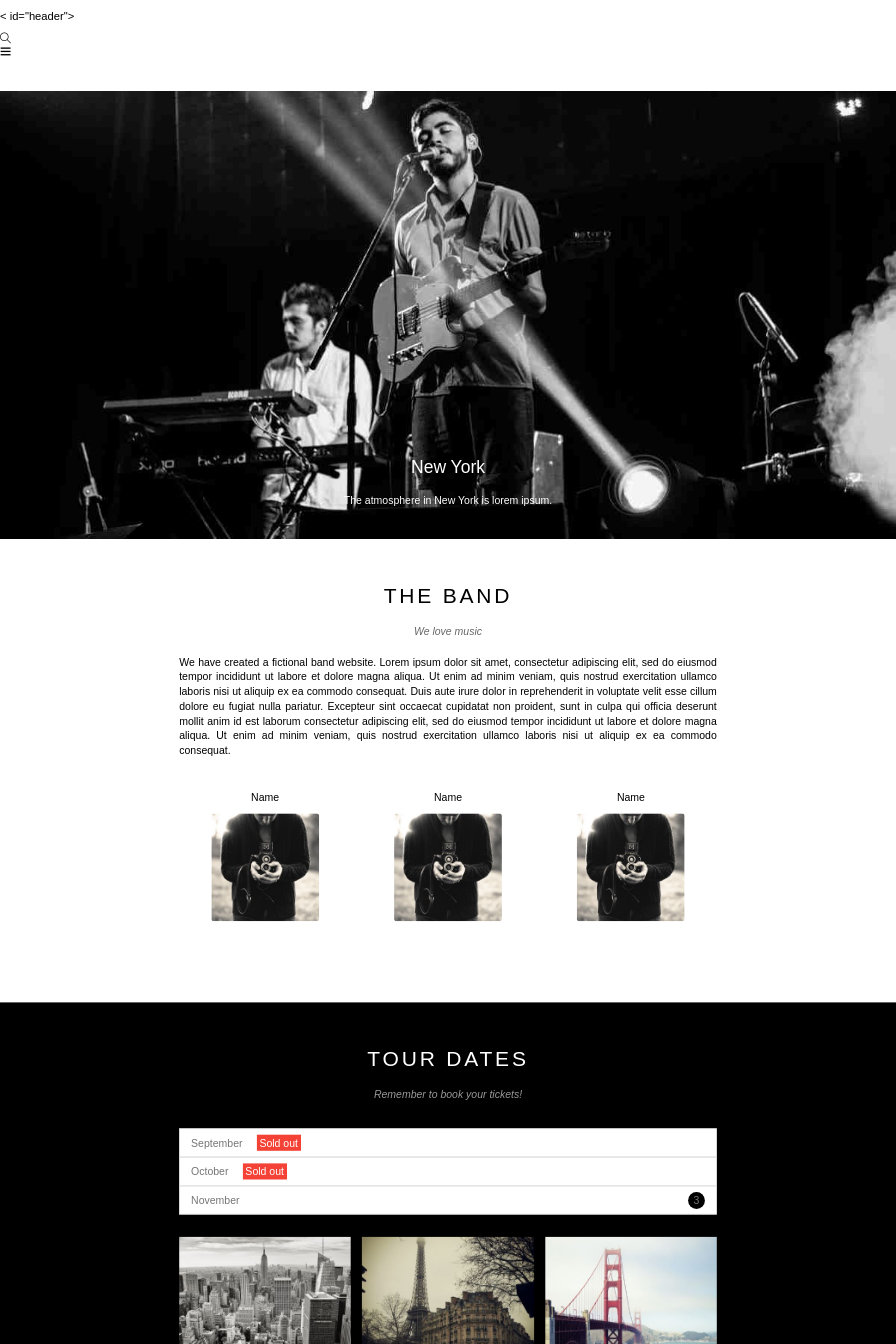
Repository: BrandonTuan777/The_Band
Page: index.html
The author's editor kept a copy of each file at every save. The page is drawn from the files as they stood at one save, then again after the next save.
The browser window is 1280 px wide. The pictures show the part of the page from y = 0 to 1920 px (the page is 3608 px tall before and 3524 px after), at 70% of full size.

Above is the page before, as saved 2022-04-11 20:45:23.

### index.html
<!DOCTYPE html>
<html lang="en">
  <head>
    <meta charset="UTF-8" />
    <meta http-equiv="X-UA-Compatible" content="IE=edge" />
    <meta name="viewport" content="width=device-width, initial-scale=1.0" />
    <title>The Band</title>
    <link rel="shortcut icon" type="image/jpg" href="./assets/img/favicon/01d1b4547ce03c3ec499c827caac4a72.jpg"/>
    <link rel="stylesheet" href="./assets/css/styles.css" />
    <link rel="stylesheet" href="./assets/css/responsive.css" />

    <link
      rel="stylesheet"
      href="./assets//fonts/themify-icons/themify-icons.css"
    />

  </head>
  <body>
    <div id="main">
      < id="header">
        <!-- Begin:Nav -->
        <ul id="nav">
          <li><a href="#">Home</a></li>
          <li><a href="#band">Band</a></li>
          <li><a href="#tour">Tour</a></li>
          <li><a href="#contact">Contact</a></li>
          <li>
            <a href="">
              More
              <i class="nav-arrow-down ti-angle-down"></i>
            </a>
            <ul class="subnav">
              <li><a href="#">Merchandise</a></li>
              <li><a href="#">Extras</a></li>
              <li><a href="#">Media</a></li>
            </ul>
          </li>
        </ul>
        <!-- End:Nav -->

        <!-- Begin:Search button -->
        <div class="search-btn">
          <i class="search-icon ti-search"></i>
        </div>

      <div class="mobile-menu-btn">
        <i class=" ti-menu"></i>
      </div>
        <!-- End:Search button -->
      </div>

      <div id="slider">
        <div class="text-content">
          <h2 class="text-heading">New York</h2>
          <div class="text-description">
            The atmosphere in New York is lorem ipsum.
          </div>
        </div>
      </div>

      <div id="content">
        <!--About section  -->
        <div id="band" class="content-section">
          <h2 class="section-heading">THE BAND</h2>
          <p class="section-sub-heading">We love music</p>
          <p class="about-text">
            We have created a fictional band website. Lorem ipsum dolor sit
            amet, consectetur adipiscing elit, sed do eiusmod tempor incididunt
            ut labore et dolore magna aliqua. Ut enim ad minim veniam, quis
            nostrud exercitation ullamco laboris nisi ut aliquip ex ea commodo
            consequat. Duis aute irure dolor in reprehenderit in voluptate velit
            esse cillum dolore eu fugiat nulla pariatur. Excepteur sint occaecat
            cupidatat non proident, sunt in culpa qui officia deserunt mollit
            anim id est laborum consectetur adipiscing elit, sed do eiusmod
            tempor incididunt ut labore et dolore magna aliqua. Ut enim ad minim
            veniam, quis nostrud exercitation ullamco laboris nisi ut aliquip ex
            ea commodo consequat.
          </p>
          <div class="row member-list">
            <div class="text-center col col-third">
              <p class="member-name">Name</p>
              <img
                class="member-img"
                src="./assets/img/team/member1.jpg"
                alt=""
              />
            </div>
            <div class="text-center col col-third">
              <p class="member-name">Name</p>
              <img
                class="member-img"
                src="./assets/img/team/member1.jpg"
                alt=""
              />
            </div>
            <div class="text-center col col-third">
              <p class="member-name">Name</p>
              <img
                class="member-img"
                src="./assets/img/team/member1.jpg"
                alt=""
              />
            </div>
          </div>
        </div>
        <!-- Tour section -->
        <div id="tour" class="tour-section">
          <div class="content-section">
            <h2 class="section-heading text-white">TOUR DATES</h2>
            <p class="section-sub-heading text-white">
              Remember to book your tickets!
            </p>
            <!-- Tickets -->
            <ul class="ticket-list">
              <li>September <span class="sold-out">Sold out</span></li>
              <li>October <span class="sold-out">Sold out</span></li>
              <li>November <span class="quantity">3</span></li>
            </ul>

            <!-- Places -->
            <div class="row places-list">
              <div class="col col-third">
                <img
                  src="./assets/img/places/places1.jpg"
                  alt=""
                  class="place-img"
                />
                <div class="place-body">
                  <h3 class="place-heading">New York</h3>
                  <p class="place-time">Fri 27 Nov 2016</p>
                  <p class="place-description">
                    Praesent tincidunt sed tellus ut rutrum sed vitae justo.
                  </p>
                  <a href="#" class="btn">Buy Tickets</a>
                </div>
              </div>
              <div class="col col-third">
                <img
                  src="./assets/img/places/places2.jpg"
                  alt=""
                  class="place-img"
                />
                <div class="place-body">
                  <h3 class="place-heading">Paris</h3>
                  <p class="place-time">Sat 28 Nov 20166</p>
                  <p class="place-description">
                    Praesent tincidunt sed tellus ut rutrum sed vitae justo.
                  </p>
                  <a href="#" class="btn">Buy Tickets</a>
                </div>
              </div>
              <div class="col col-third">
                <img
                  src="./assets/img/places/places3.jpg"
                  alt=""
                  class="place-img"
                />
                <div class="place-body">
                  <h3 class="place-heading">San Francisco</h3>
                  <p class="place-time">Sun 29 Nov 2016</p>
                  <p class="place-description">
                    Praesent tincidunt sed tellus ut rutrum sed vitae justo.
                  </p>
                  <a href="#" class="btn">Buy Tickets</a>
                </div>
              </div>
            </div>
          </div>
        </div>
        <!--Begin: Contact section -->
        <div id="contact" class="content-section">
          <h2 class="section-heading">CONTACT</h2>
          <p class="section-sub-heading">Fan? Drop a note!</p>
          <div class="row contact-content">
            <div class="col col-half contact-info">
              <p><i class="ti-location-pin"></i>Chicago, US</p>
              <p><i class="ti-mobile"></i>Phone: +00 151515</p>
              <p><i class="ti-email"></i>Email: mail@mail.com</p>
            </div>
            <div class="col col-half contact-form">
              <form action="">
                <div class="row">
                  <div class="col col-half">
                    <input
                      type="text"
                      name=""
                      id=""
                      required
                      placeholder="Name"
                      class="form-control"
                    />
                  </div>
                  <div class="col col-half">
                    <input
                      type="email"
                      name=""
                      id=""
                      required
                      placeholder="Email"
                      class="form-control"
                    />
                  </div>
                </div>
                <div class="row mt-8">
                  <div class="col col-full">
                    <input
                      type="text"
                      name=""
                      id=""
                      required
                      placeholder="Message"
                      class="form-control"
                    />
                  </div>
                </div>
                <input
                  class="pull-rigth btn mt-16"
                  type="submit"
                  value="SEND"
                />
              </form>
            </div>
          </div>
        </div>
        <!--End: Contact section -->
        <div class="map-section">
          <img src="./assets/img/map/map.jpg" alt="" />
        </div>
      </div>
      <!-- Footer -->
      <div id="footer">
        <div class="social">
          <a href=""><i class="ti-facebook"></i></a>
          <a href=""><i class="ti-instagram"></i></a>
          <a href=""><i class="ti-youtube"></i></a>
          <a href=""><i class="ti-pinterest"></i></a>
          <a href=""><i class="ti-twitter-alt"></i></a>
          <a href=""><i class="ti-linkedin"></i></a>
        </div>
        <p class="copy-right">Powered by <a href="https://www.w3schools.com/w3css/default.asp" target="_blank">w3.css</a></p>
      </div>
    </div>
  </body>
</html>

### assets/css/styles.css
/* Reset CSS */
* {
  padding: 0;
  margin: 0;
  box-sizing: border-box;
}

html {
  font-family: Arial, Helvetica, sans-serif;
  scroll-behavior: smooth;
}

/* Common */
.clear {
  clear: both;
}

.text-white {
  color: #fff !important;
}

.row {
  margin-left: -8px;
  margin-right: -8px;
}

.row::after {
  content: "";
  display: block;
  clear: both;
}

.col-half {
  width: 50%;
}

.col-full {
  width: 100%;
}

.col {
  float: left;
  padding-left: 8px;
  padding-right: 8px;
}

.col-third {
  width: 33.333%;
}

.text-center {
  text-align: center !important;
}

.mt-8 {
  margin-top: 8px !important;
}

.mt-16 {
  margin-top: 16px !important;
}

.btn {
  color: #fff;
  background-color: #000;
  text-decoration: none;
  padding: 11px 16px;
  display: inline-block;
  margin-top: 15px;
}

.btn:hover {
  color: #000;
  background-color: #757575;
  border: none;
}

.pull-rigth {
  float: right !important;
}

/* Main */
#main {
}

#header {
  position: fixed;
  top: 0;
  left: 0;
  right: 0;
  height: 46px;
  background-color: #000;
  z-index: 1;
  overflow: hidden;
}

#nav {
  display: inline-block;
}

#nav,
.subnav {
  list-style: none;
}

#nav > li {
  display: inline-block;
}

#nav li {
  position: relative;
}

#nav > li > a {
  color: white;
  text-transform: uppercase;
}

#nav li a {
  text-decoration: none;
  line-height: 46px;
  padding: 0 24px;
  display: block;
}

#nav li:hover .subnav {
  display: block;
}

#nav .subnav li:hover a,
#nav > li:hover > a {
  color: #000;
  background-color: #ccc;
}

#nav .subnav {
  display: none;
  min-width: 160px;
  top: 100%;
  left: 0;
  position: absolute;
  background-color: #fff;
  box-shadow: 0 0 10px rgba(0, 0, 0, 0.3);
}

#nav .subnav a {
  color: #000;
  padding: 0 12px;
  line-height: 38px;
}

#nav .nav-arrow-down {
  font-size: 11px;
}
#header .mobile-menu-btn,
#header .search-btn {
  float: right;
  padding: 0 21px;
}
#header .mobile-menu-btn:hover,
#header .search-btn:hover {
  background-color: red;
  cursor: pointer;
}

#header .search-icon {
  color: #ccc;
  font-size: 20px;
  line-height: 46px;
}

#slider {
  position: relative;
  margin-top: 46px;
  padding-top: 50%;
  background: url("/assets/img/slider/slider1.jpg") top center / cover no-repeat;
}

#slider .text-content {
  position: absolute;
  bottom: 47px;
  color: #fff;
  text-align: center;
  /* transform: translateX(-50%);
  left: 50%; */
  width: 100%;
}

#slider .text-heading {
  font-weight: 500;
  font-size: 25px;
}

#slider .text-description {
  font-size: 15px;
  margin-top: 25px;
}

#content {
}

#content .content-section {
  width: 800px;
  max-width: 100%;
  padding: 64px 0 112px;
  margin-left: auto;
  margin-right: auto;
  padding-left: 16px;
  padding-right: 16px;
}

#content .section-heading {
  font-size: 30px;
  text-align: center;
  font-weight: 500;
  letter-spacing: 4px;
}
#content .section-sub-heading {
  font-size: 15px;
  text-align: center;
  margin-top: 25px;
  font-style: italic;
  opacity: 0.6;
}

#content .about-text {
  margin-top: 25px;
  font-size: 15px;
  text-align: justify;
  line-height: 1.4;
}

#content .member-list {
  margin-top: 48px;
}

#content .member-item {
  text-align: center;
}

#content .member-name {
  font-size: 15px;
}

#content .member-img {
  width: 154px;
  margin-top: 15px;
  border-radius: 4px;
}

/* Tour section */
.tour-section {
  background-color: #000;
}

.ticket-list {
  margin-top: 40px;
  background-color: #fff;
}

.ticket-list li {
  font-size: 15px;
  padding: 11px 16px;
  border: 1px solid #ddd;
  color: #757575;
  list-style: none;
}

.ticket-list .sold-out {
  background-color: #f44336 !important;
  color: #fff;
  padding: 3px 4px;
  margin-left: 16px;
}

.ticket-list .quantity {
  float: right;
  width: 24px;
  height: 24px;
  background-color: #000;
  border-radius: 50%;
  text-align: center;
  line-height: 24px;
  margin-top: -3px;
}

/* Places */

.places-list {
  margin-top: 32px;
}
.place-img {
  width: 100%;
  display: block;
}
.place-img:hover {
  opacity: 0.6;
}
.place-body {
  padding: 16px;
  font-size: 15px;
  background-color: #fff;
}
.place-heading {
  font-size: 15px;
  font-weight: 600;
}
.place-time {
  margin-top: 15px;
  color: #757575;
}
.place-description {
  margin-top: 15px;
  line-height: 1.4;
}

/* Contact form */

.contact-content {
  margin-top: 48px;
}

.contact-info {
  font-size: 18px;
  line-height: 1.4;
}
.contact-info i[class*="ti-"] {
  width: 30px;
  display: inline-block;
}

.contact-form {
  font-size: 15px;
}

.contact-form .form-control {
  border: 1px solid #ccc;
  width: 100%;
  padding: 10px;
}

/* Map section */

.map-section img {
  width: 100%;
}

#footer {
  padding: 64px 16px;
  text-align: center;
}

#footer .social {
  font-size: 20px;
  margin-bottom: 20px;
}

#footer .social a {
  color: rgba(0, 0, 0, 0.6);
  text-decoration: none;

}

#footer .copy-right:hover,
#footer .social a:hover{
  color: rgba(0, 0, 0, 0.4);
}


#footer .copy-right  {
  color: rgba(0, 0, 0, 0.6);

}

#footer .copy-right  a{
  color: rgba(0, 0, 0, 0.6);

}

### assets/css/responsive.css
/* PC */
@media (min-width: 1024px) {

}
/* Tablet */
@media (min-width: 740px) and (max-width: 1023px) {

}
/* Mobile */

@media (max-width: 740px) {
    #nav > li{
        display: block;
    }
    #header .search-btn{
        display: none;
    }
}

Loaded but not shown: assets/fonts/themify-icons/themify-icons.css (common file)

After the next save:
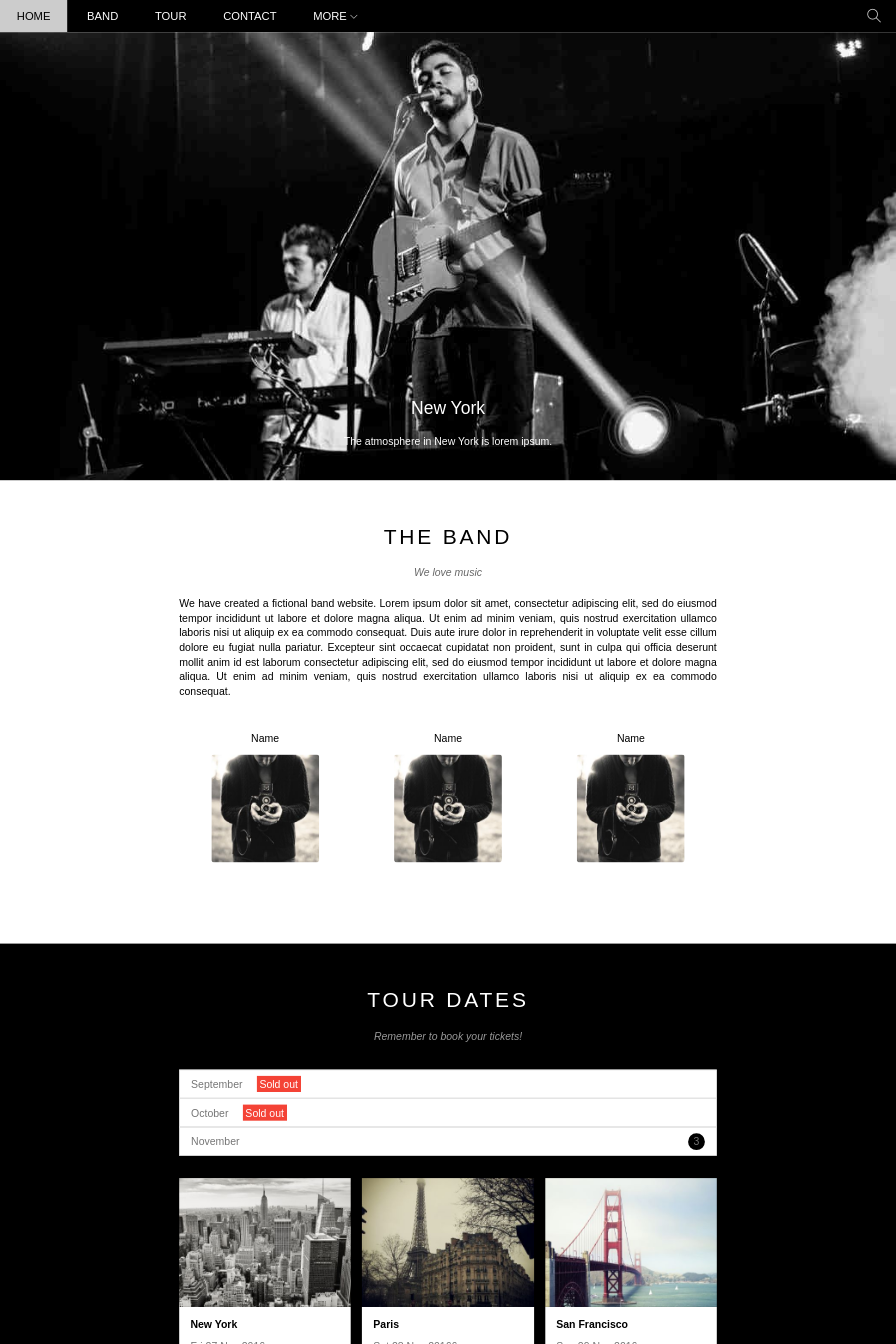
Saved 16 s later.
--- a/index.html
+++ b/index.html
@@ -17,7 +17,7 @@
   </head>
   <body>
     <div id="main">
-      < id="header">
+      <div id="header">
         <!-- Begin:Nav -->
         <ul id="nav">
           <li><a href="#">Home</a></li>
